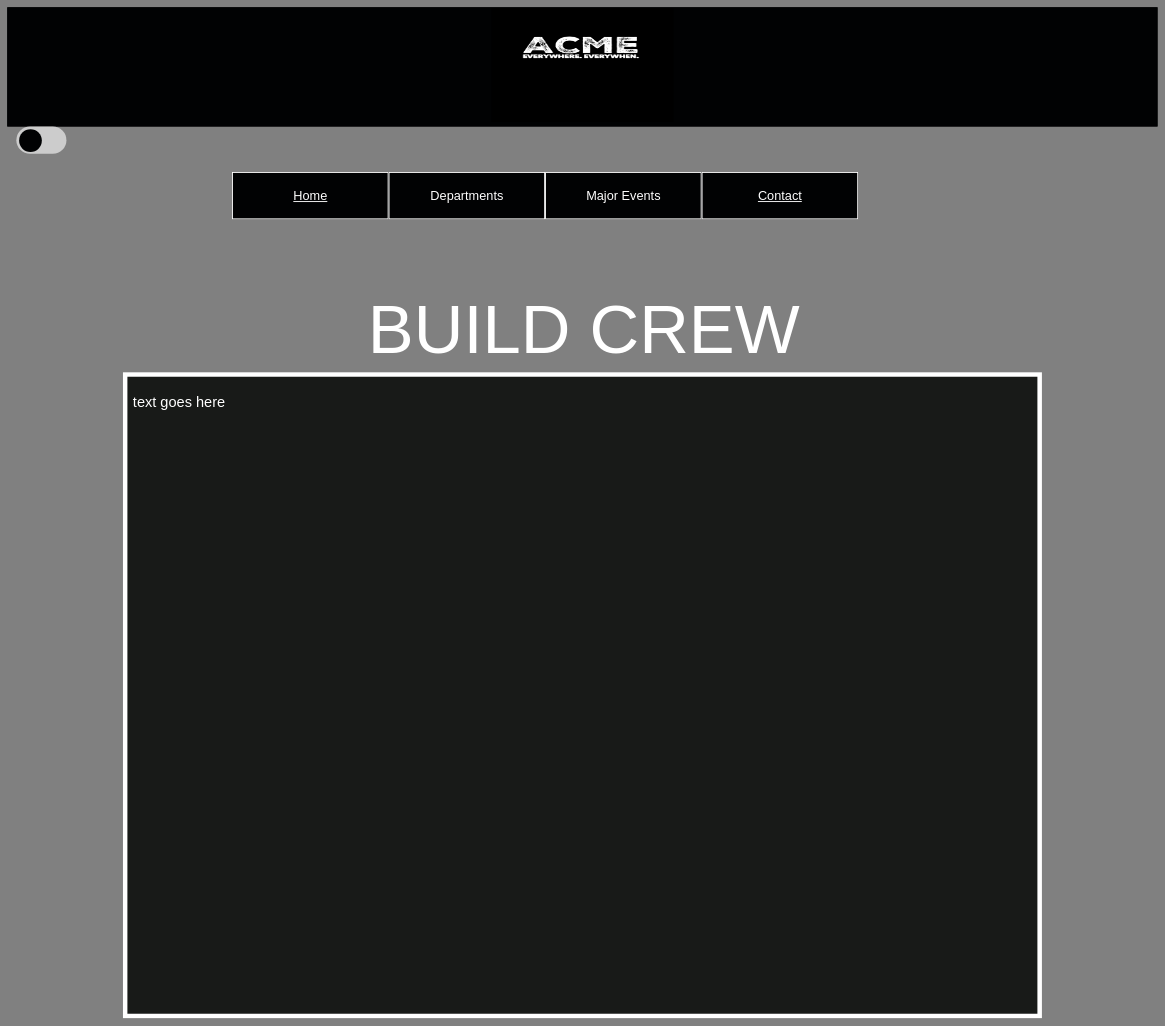
Repository: omega7379/omega7379.github.io
Page: itSupport.html
These files come from the project's save history. The page is drawn as it stood at one moment and after the next save; the edit follows.
The browser window is 1280 px wide. The pictures show the whole page, at 91% of full size.

Above is the page before, as saved 2022-06-20 22:46:04.

After the next save:
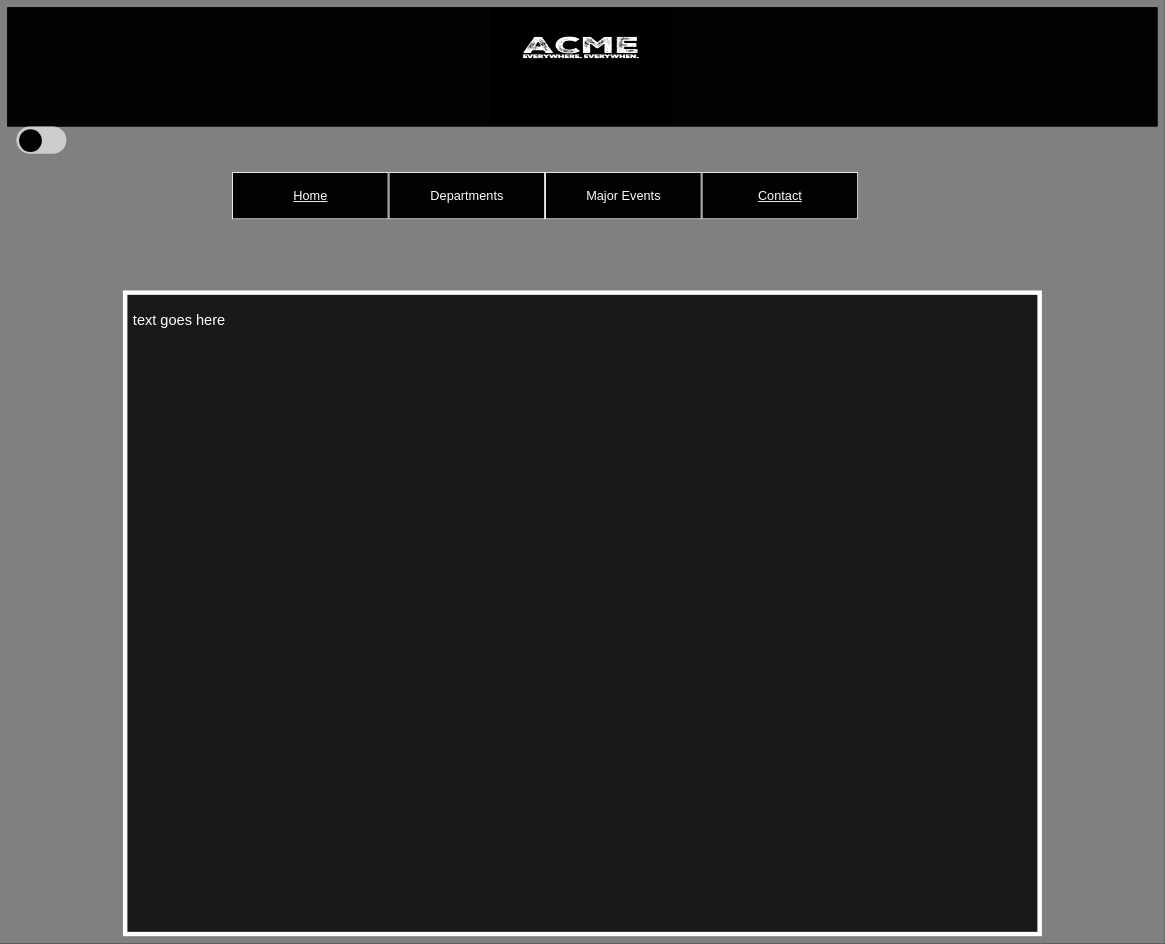
Saved 6 s later.
--- a/itSupport.html
+++ b/itSupport.html
@@ -91,7 +91,7 @@
             </div>
         </br></br></br>
             <div class="title">
-                <p>BUILD CREW</p>
+                <p></p>
             </div>
             <!--main table holding the contents of the page-->
             <div class="contentTable">
